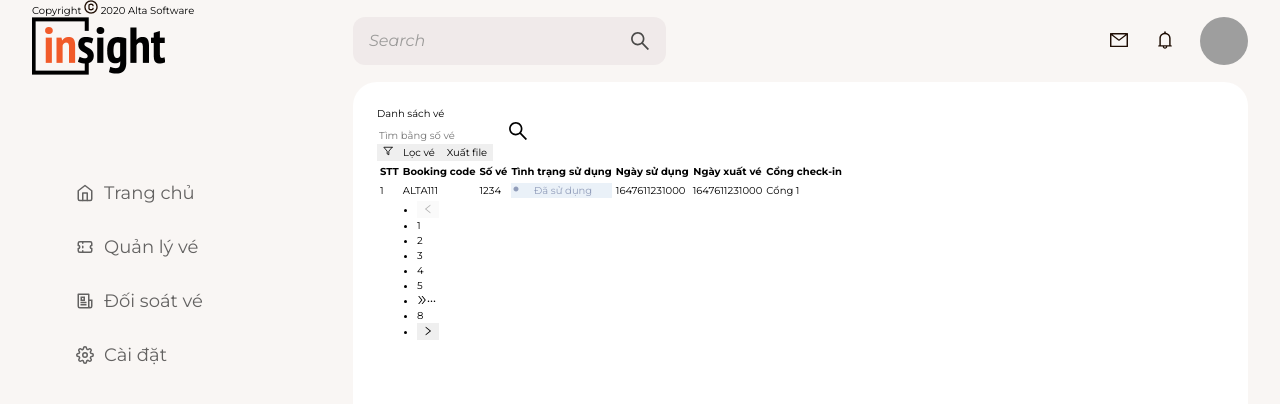
Repository: ledoanmk43/CMS_Ticket-Sale
Page: /TicketManagement (app in cms-app/)
These files come from the project's save history. The page is drawn as it stood at one moment and after the next save; the edit follows.
The browser window is 1280 px wide. The pictures show the whole page.
Pictures or frames that could not be fetched are drawn as grey boxes. The project was rebuilt for these pictures with package versions that can differ from the ones it lists, and the page was loaded fresh each time. Also part of the build but not shown: cms-app/src/layout/Main/Dashboard.tsx, cms-app/src/layout/Main/ServicePack.tsx, cms-app/src/layout/Main/TicketCheck.tsx.

Above is the page before, as saved 2022-03-18 14:23:37.

### cms-app/public/index.html
<!DOCTYPE html>
<html lang="en">
  <head>
    <meta charset="utf-8" />
    <link rel="icon" href="%PUBLIC_URL%/logo128.png" />
    <meta name="viewport" content="width=device-width, initial-scale=1" />
    <meta name="theme-color" content="#000000" />
    <meta
      name="description"
      content="Web site created using create-react-app"
    />
    <link rel="apple-touch-icon" href="%PUBLIC_URL%/logo.png" />
    <!--
      manifest.json provides metadata used when your web app is installed on a
      user's mobile device or desktop. See https://developers.google.com/web/fundamentals/web-app-manifest/
    -->
    <link rel="manifest" href="%PUBLIC_URL%/manifest.json" />
    <!--
      Notice the use of %PUBLIC_URL% in the tags above.
      It will be replaced with the URL of the `public` folder during the build.
      Only files inside the `public` folder can be referenced from the HTML.

      Unlike "/favicon.ico" or "favicon.ico", "%PUBLIC_URL%/favicon.ico" will
      work correctly both with client-side routing and a non-root public URL.
      Learn how to configure a non-root public URL by running `npm run build`.
    -->
    <title>CMS - Ticket Sale</title>
    <link rel="preconnect" href="https://fonts.googleapis.com" />
    <link rel="preconnect" href="https://fonts.gstatic.com" crossorigin />
    <link
      href="https://fonts.googleapis.com/css2?family=Montserrat:ital,wght@0,400;0,600;0,700;1,400&family=Noto+Sans:wght@400;700&display=swap"
      rel="stylesheet"
    />
  </head>
  <body>
    <noscript>You need to enable JavaScript to run this app.</noscript>
    <div id="root"></div>
    <!--
      This HTML file is a template.
      If you open it directly in the browser, you will see an empty page.

      You can add webfonts, meta tags, or analytics to this file.
      The build step will place the bundled scripts into the <body> tag.

      To begin the development, run `npm start` or `yarn start`.
      To create a production bundle, use `npm run build` or `yarn build`.
    -->
  </body>
</html>

### cms-app/src/index.tsx
import React from 'react'
import ReactDOM from 'react-dom'
import './sass/index.css'
import App from './App'
import reportWebVitals from './reportWebVitals'

ReactDOM.render(
  <React.StrictMode>
    <App />
  </React.StrictMode>,
  document.getElementById('root')
)

// If you want to start measuring performance in your app, pass a function
// to log results (for example: reportWebVitals(console.log))
// or send to an analytics endpoint. Learn more: https://bit.ly/CRA-vitals
reportWebVitals()

### cms-app/src/sass/index.css
*,
*::before,
*::after {
  -webkit-box-sizing: border-box;
  box-sizing: border-box;
}

* {
  margin: 0;
}

html,
body {
  height: 100%;
}

body {
  line-height: 1.5;
  -webkit-font-smoothing: antialiased;
  -webkit-tap-highlight-color: rgba(0, 0, 0, 0);
}

img,
picture,
video,
canvas,
svg {
  display: inline-block;
  max-width: 100%;
}

input,
button,
textarea,
select {
  font: inherit;
  outline: none;
  border: none;
}

p,
h1,
h2,
h3,
h4,
h5,
h6 {
  overflow-wrap: break-word;
}

.header {
  padding: 4.1rem;
  position: relative;
  display: -webkit-box;
  display: -ms-flexbox;
  display: flex;
  -webkit-box-align: center;
  -ms-flex-align: center;
  align-items: center;
  -webkit-box-pack: justify;
  -ms-flex-pack: justify;
  justify-content: space-between;
  -webkit-box-orient: horizontal;
  -webkit-box-direction: normal;
  -ms-flex-direction: row;
  flex-direction: row;
  background-color: #f9f6f4;
  margin: 0 32px 0 0;
  font-size: 16px;
  color: #1e0d03;
}

.header-search {
  position: absolute;
  opacity: 0.7;
  position: absolute;
  display: -webkit-box;
  display: -ms-flexbox;
  display: flex;
  -webkit-box-orient: horizontal;
  -webkit-box-direction: normal;
  -ms-flex-direction: row;
  flex-direction: row;
  width: 35%;
  max-width: 437px;
  height: 48px;
  padding: 10px 16px;
  border-radius: 12px;
  background-color: #ede6e6;
  -webkit-box-pack: justify;
  -ms-flex-pack: justify;
  justify-content: space-between;
  -webkit-box-align: center;
  -ms-flex-align: center;
  align-items: center;
  left: 0;
}

.header-search-input {
  max-width: 80%;
  font-size: 16px;
  font-weight: 400;
  font-style: italic;
  -webkit-box-align: center;
  -ms-flex-align: center;
  align-items: center;
  background-color: transparent;
  line-height: 20px;
  padding: 0.4rem 15.6rem 0.4rem 0;
}

.header-search-icon {
  font-size: 2rem;
  color: black;
  cursor: pointer;
}

.header-account {
  position: absolute;
  -webkit-box-align: center;
  -ms-flex-align: center;
  align-items: center;
  display: -webkit-box;
  display: -ms-flexbox;
  display: flex;
  right: 0;
  margin: auto;
  -webkit-box-orient: horizontal;
  -webkit-box-direction: normal;
  -ms-flex-direction: row;
  flex-direction: row;
  -ms-flex-pack: distribute;
  justify-content: space-around;
}

.header-account-icon {
  margin: 0 14px;
  color: #1e0d03;
  font-size: 18px;
  cursor: pointer;
}

.header-account-avatar {
  border-radius: 30px;
  width: 48px;
  height: 48px;
  margin-left: 12px;
  cursor: pointer;
}

.sidebar {
  max-width: 252px;
  display: -webkit-box;
  display: -ms-flexbox;
  display: flex;
  -webkit-box-flex: 0.5;
  -ms-flex: 0.5;
  flex: 0.5;
  left: 0;
  top: 0;
  margin: 0 0 0 32px;
  background-color: #f9f6f4;
  -webkit-box-align: start;
  -ms-flex-align: start;
  align-items: flex-start;
  padding: 0px;
  position: relative;
  min-width: 252px;
  max-width: 321px;
  height: 100vh;
}

.sidebar-logo {
  position: absolute;
  left: 0;
  right: 0;
  top: 17px;
  bottom: 0;
  height: 58px;
  width: 133px;
  cursor: pointer;
}

.sidebar-container {
  position: absolute;
  display: -webkit-box;
  display: -ms-flexbox;
  display: flex;
  -webkit-box-orient: vertical;
  -webkit-box-direction: normal;
  -ms-flex-direction: column;
  flex-direction: column;
  top: 23.1%;
  left: 7.5%;
  max-width: 252px;
  width: 75%;
  -webkit-box-align: start;
  -ms-flex-align: start;
  align-items: flex-start;
  -ms-flex-line-pack: center;
  align-content: center;
}

.sidebar-container-item {
  font-size: 18px;
  padding: 14px 30px 14px 20px;
  border-radius: 8px;
  white-space: nowrap;
  line-height: 26px;
  opacity: 0.6;
  width: 100%;
  -webkit-box-align: center;
  -ms-flex-align: center;
  align-items: center;
  display: -webkit-box;
  display: -ms-flexbox;
  display: flex;
  cursor: pointer;
}

.sidebar-container-item:hover,
.sidebar-container-item :focus {
  opacity: 1;
  background-color: #ffb800;
  color: white;
  font-weight: bold;
}

.sub {
  margin-left: 4rem;
  text-decoration: none;
  width: 83.5%;
}

.sub-hidden {
  display: none;
}

.icon {
  margin-right: 10px;
}

.wrapper {
  max-width: 1920px;
  margin: 0 auto;
  display: -webkit-box;
  display: -ms-flexbox;
  display: flex;
}

.container {
  display: -webkit-box;
  display: -ms-flexbox;
  display: flex;
  -webkit-box-orient: vertical;
  -webkit-box-direction: normal;
  -ms-flex-direction: column;
  flex-direction: column;
  height: 100vh;
  -webkit-box-flex: 1;
  -ms-flex: 1;
  flex: 1;
}

.main {
  display: -webkit-box;
  display: -ms-flexbox;
  display: flex;
  -webkit-box-orient: vertical;
  -webkit-box-direction: normal;
  -ms-flex-direction: column;
  flex-direction: column;
  height: 100%;
  background: #ffffff;
  border-radius: 24px;
  padding: 24px;
  margin: 0 32px 32px 0;
}

.dashboard {
  display: -webkit-box;
  display: -ms-flexbox;
  display: flex;
}

.dashboard p.statistic {
  font-size: 36px;
  font-style: bold;
  font-weight: 700;
  line-height: 54px;
}

html {
  font-size: 62.5%;
}

:root {
  --primary-color: #ffb800;
  --background-color: #f9f6f4;
  --primary-font: 'Montserrat';
}

body {
  font-family: var(--primary-font);
  background-color: var(--background-color);
}
/*# sourceMappingURL=index.css.map */

### cms-app/src/App.tsx
import React from 'react'
import { BrowserRouter as Router, Routes, Route } from 'react-router-dom'
import Home from './layout/Main/Home'

export interface IAppProps {}

const App: React.FunctionComponent<IAppProps> = (props) => {
  return (
    <Router>
      <Routes>
        <Route path='/*' element={<Home />}></Route>
      </Routes>
    </Router>
  )
}

export default App

### cms-app/src/layout/Main/Home.tsx
import React, { PropsWithChildren, useRef, useEffect, useState } from 'react'
import { Routes, Route, Navigate } from 'react-router-dom'
import Header from '../Header/Header'
import Sidebar from '../Sidebar/Sidebar'
import Dashboard from './Dashboard'
import ServicePack from './ServicePack'
import TicketCheck from './TicketCheck'
import TicketManage from './TicketManage'

export interface IHomeProps {}

const Home: React.FunctionComponent<PropsWithChildren<IHomeProps>> = (
  props
) => {
  return (
    <div className='wrapper'>
      <Sidebar />
      <div className='container'>
        <Header />
        <div className='main'>
          <Routes>
            <Route path='' element={<Navigate to='Dashboard' />} />
            <Route path='Dashboard' element={<Dashboard />}></Route>
            <Route path='TicketManagement' element={<TicketManage />}></Route>
            <Route path='TicketCheck' element={<TicketCheck />}></Route>
            <Route path='ServicePack' element={<ServicePack />}></Route>
          </Routes>
        </div>
      </div>
    </div>
  )
}

export default Home

### cms-app/src/layout/Header/Header.tsx
import React from 'react'
import { MailOutlined, BellOutlined, SearchOutlined } from '@ant-design/icons'

export interface IHeaderProps {}

const Header: React.FunctionComponent<IHeaderProps> = (props) => {
  return (
    <div className='header'>
      <div className='header-search'>
        <input
          className='header-search-input'
          type='text'
          placeholder='Search'
        />
        <SearchOutlined className='header-search-icon' />
      </div>
      <div className='header-account'>
        <a href='/Dashboard' className='header-account-icon'>
          <MailOutlined />
        </a>
        <a href='/Dashboard' className='header-account-icon'>
          <BellOutlined />
        </a>
        <img
          className='header-account-avatar'
          src='https://lh3.google.com/u/1/ogw/ADea4I4iNPSts8YZR7c6elfB8ElgPkhqy4kTzGxvMnFK=s32-c-mo'
          alt='user-img'
        />
      </div>
    </div>
  )
}

export default Header

### cms-app/src/layout/Sidebar/Sidebar.tsx
import React, { useState } from 'react'
import logo from '../asset/logo.png'
import cpr from '../asset/copyright.png'
import { useNavigate } from 'react-router-dom'

import { HiOutlineTicket } from 'react-icons/hi'
import { FiHome, FiSettings } from 'react-icons/fi'
import { RiNewspaperLine } from 'react-icons/ri'

export interface ISidebarProps {}

const Sidebar: React.FunctionComponent<ISidebarProps> = (props) => {
  const [isSettingOpen, setIsSettingOpen] = useState(false)
  const navigate = useNavigate()
  return (
    <div className='sidebar'>
      <img
        onClick={() => navigate('/Dashboard')}
        className='sidebar-logo'
        src={logo}
        alt='logo-insight'
      />
      <div className='sidebar-container'>
        <div
          onClick={() => navigate('/Dashboard')}
          className='sidebar-container-item'
        >
          <FiHome className='icon' />
          Trang chủ
        </div>
        <div
          onClick={() => navigate('/TicketManagement')}
          className='sidebar-container-item'
        >
          <HiOutlineTicket
            style={{ transform: 'rotate(180deg)' }}
            className='icon'
          />
          Quản lý vé
        </div>
        <div
          onClick={() => navigate('/TicketCheck')}
          className='sidebar-container-item'
        >
          <RiNewspaperLine className='icon' />
          Đối soát vé
        </div>
        <div
          className='sidebar-container-item'
          onClick={() => {
            setIsSettingOpen(!isSettingOpen)
          }}
        >
          <FiSettings className='icon' />
          Cài đặt
        </div>
        <div
          onClick={() => navigate('/ServicePack')}
          className={
            'sidebar-container-item sub' + (isSettingOpen ? '' : '-hidden')
          }
        >
          Gói dịch vụ
        </div>
      </div>
      <div className='sidebar-copyright'>
        <p className='sidebar-copyright-cpr'>
          Copyright <img src={cpr} alt='cpr' /> 2020 Alta Software
        </p>
      </div>
    </div>
  )
}

export default Sidebar

### cms-app/src/layout/Main/TicketManage.tsx
import React, { useState, useEffect } from 'react'
import { SearchOutlined } from '@ant-design/icons'
import { FiFilter } from 'react-icons/fi'
import { GoPrimitiveDot } from 'react-icons/go'

import { Table } from 'antd'

const columns = [
  {
    key: '1',
    title: 'STT',
    dataIndex: 'id',
  },
  {
    key: '2',
    title: 'Booking code',
    dataIndex: 'bookingId',
  },
  {
    key: '3',
    title: 'Số vé',
    dataIndex: 'tickerId',
  },
  {
    key: '4',
    title: 'Tình trạng sử dụng',
    dataIndex: 'status',
    render: (status: string) => {
      let color = ''
      let statusName = ''
      let bg = ''
      switch (status) {
        case 'ready':
          color = '#03AC00'
          statusName = 'Chưa sử dụng'
          bg = '#DEF7E0'
          break
        case 'used':
          color = '#919DBA'
          bg = '#EAF1F8'
          statusName = 'Đã sử dụng'
          break

        case 'expired':
          color = '#FD5959'
          statusName = 'Hết hạn'
          bg = '#F8EBE8'
          break

        default:
          color = '#03AC00'
          statusName = 'Chưa sử dụng'
      }
      return (
        <div
          style={{
            backgroundColor: `${bg}`,
            borderColor: `${color}`,
            color: `${color}`,
          }}
          className='ticket-status'
        >
          <GoPrimitiveDot className='icon' /> {statusName}
        </div>
      )
    },
  },
  {
    key: '5',
    title: 'Ngày sử dụng',
    dataIndex: 'dateUse',
  },
  {
    key: '6',
    title: 'Ngày xuất vé',
    dataIndex: 'dateRelease',
  },
  {
    key: '7',
    title: 'Cổng check-in',
    dataIndex: 'gate',
  },
]

const data = [
  {
    // key: '1',
    id: '1',
    bookingId: 'ALTA111',
    tickerId: '1234',
    status: 'used',
    dateUse: Date.now(),
    dateRelease: Date.now(),
    gate: 'Cổng 1',
  },
  {
    // key: '1',
    id: '2',
    bookingId: 'ALTA112',
    tickerId: '1235',
    status: 'ready',
    dateUse: Date.now(),
    dateRelease: Date.now(),
    gate: 'Cổng 2',
  },
  {
    // key: '1',
    id: '3',
    bookingId: 'ALTA113',
    tickerId: '1236',
    status: 'expired',
    dateUse: Date.now(),
    dateRelease: Date.now(),
    gate: 'Cổng 4',
  },
  {
    // key: '1',
    id: '4',
    bookingId: 'ALTA114',
    tickerId: '1237',
    status: 'used',
    dateUse: Date.now(),
    dateRelease: Date.now(),
    gate: 'Cổng 1',
  },
  {
    // key: '1',
    id: '5',
    bookingId: 'ALTA115',
    tickerId: '1238',
    status: 'ready',
    dateUse: Date.now(),
    dateRelease: Date.now(),
    gate: 'Cổng 2',
  },
  {
    // key: '1',
    id: '6',
    bookingId: 'ALTA116',
    tickerId: '1239',
    status: 'used',
    dateUse: Date.now(),
    dateRelease: Date.now(),
    gate: 'Cổng 2',
  },
  {
    // key: '1',
    id: '7',
    bookingId: 'ALTA117',
    tickerId: '1240',
    status: 'expired',
    dateUse: Date.now(),
    dateRelease: Date.now(),
    gate: 'Cổng 1',
  },
  {
    // key: '1',
    id: '8',
    bookingId: 'ALTA118',
    tickerId: '1241',
    status: 'used',
    dateUse: Date.now(),
    dateRelease: Date.now(),
    gate: 'Cổng 4',
  },
]
export interface ITicketManageProps {}

const TicketManage: React.FunctionComponent<ITicketManageProps> = (
  props: ITicketManageProps
) => {
  const [page, setPage] = useState(1)
  const [pageSize, setPageSize] = useState(1)
  return (
    <div className='container'>
      <p className='title_xl'> Danh sách vé</p>
      <div className='section'>
        <div className='section-search'>
          <input
            className='section-search-input'
            type='text'
            placeholder='Tìm bằng số vé'
          />
          <SearchOutlined className='header-search-icon' />
        </div>
        <div className='filter'>
          <button className='btn-ticket'>
            <FiFilter className='icon' />
            Lọc vé
          </button>
          <button className='btn-ticket export'>Xuất file </button>
        </div>
      </div>

      <Table
        rowKey='id'
        columns={columns}
        dataSource={data}
        pagination={{
          position: ['bottomCenter'],
          current: page,
          pageSize: pageSize,
          onChange: (page, pageSize) => {
            setPage(page)
            setPageSize(pageSize)
          },
          className: 'pagination',
        }}
      ></Table>
    </div>
  )
}

export default TicketManage

Loaded but not shown: cms-app/src/reportWebVitals.ts (common file)

After the next save:
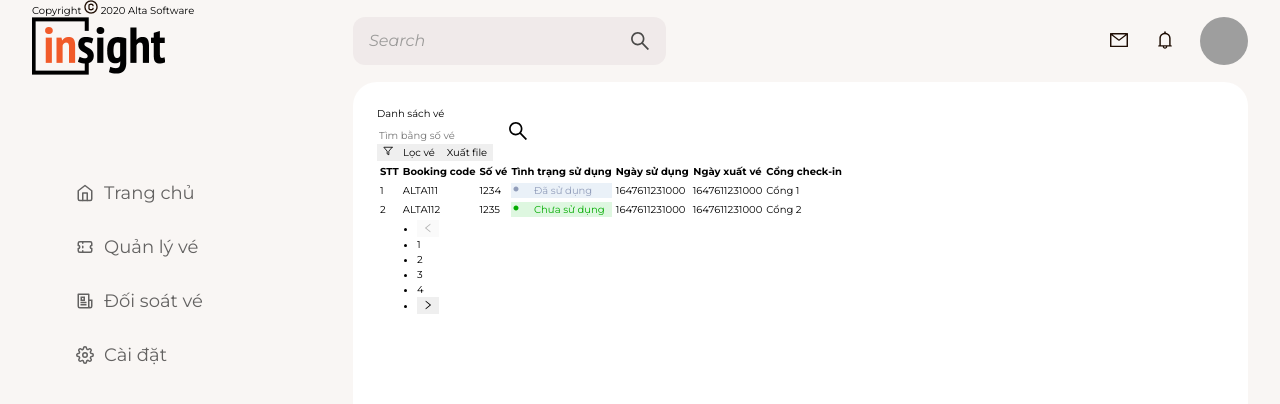
Saved 16 s later.
--- a/cms-app/src/layout/Main/TicketManage.tsx
+++ b/cms-app/src/layout/Main/TicketManage.tsx
@@ -170,7 +170,7 @@ const TicketManage: React.FunctionComponent<ITicketManageProps> = (
   props: ITicketManageProps
 ) => {
   const [page, setPage] = useState(1)
-  const [pageSize, setPageSize] = useState(1)
+  const [pageSize, setPageSize] = useState(2)
   return (
     <div className='container'>
       <p className='title_xl'> Danh sách vé</p>
